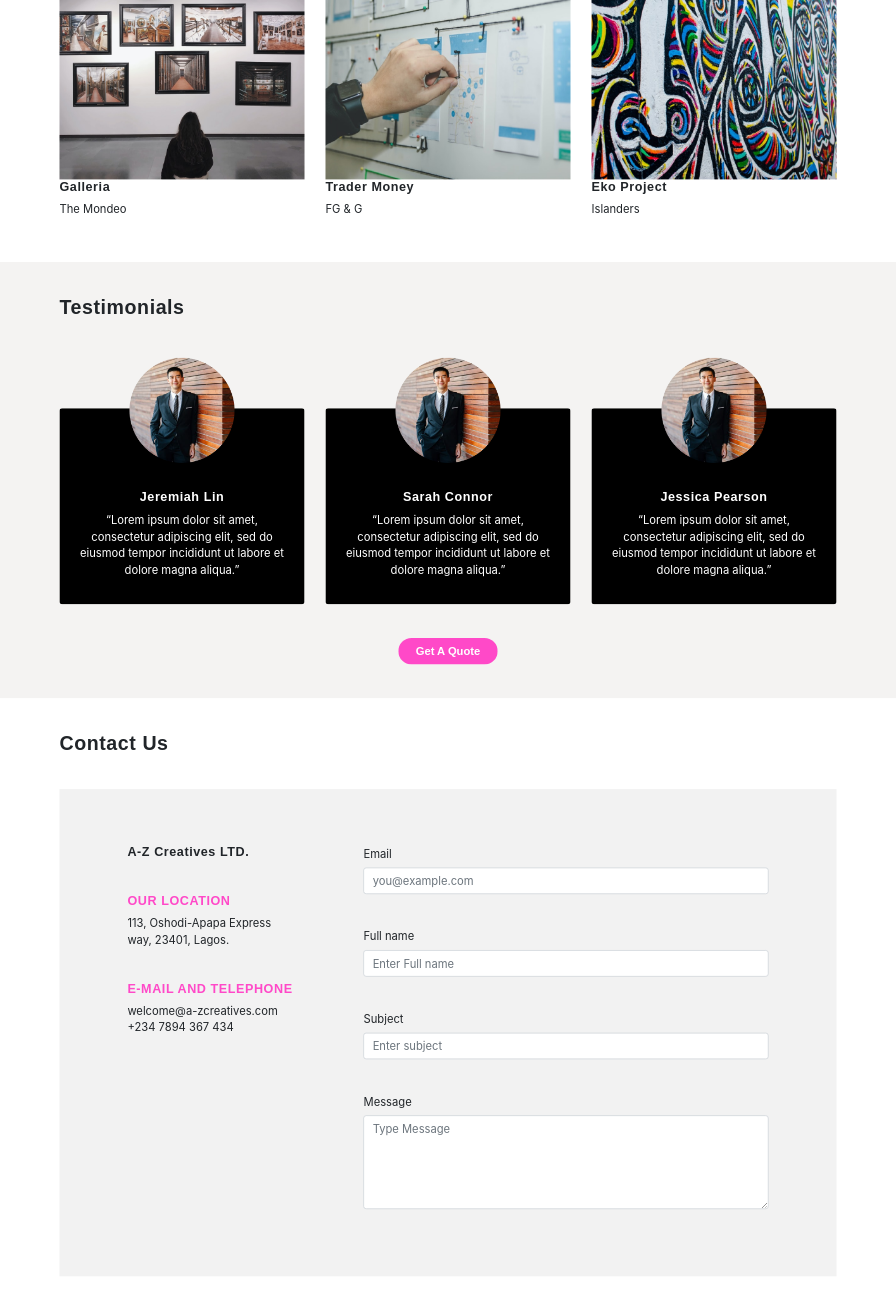
Repository: Syfon01/hng-port
Page: index.html
These files come from the project's save history. The page is drawn as it stood at one moment and after a run of saves; the edit follows.
The browser window is 1280 px wide. The pictures show the part of the page from y = 2885 to 4805 px (the page is 4757 px tall before and 4805 px after), at 70% of full size.
Some web fonts or font styles are not loaded; a fallback is used.

Above is the page before, as saved 2020-06-28 20:06:19.

After the next 2 saves:
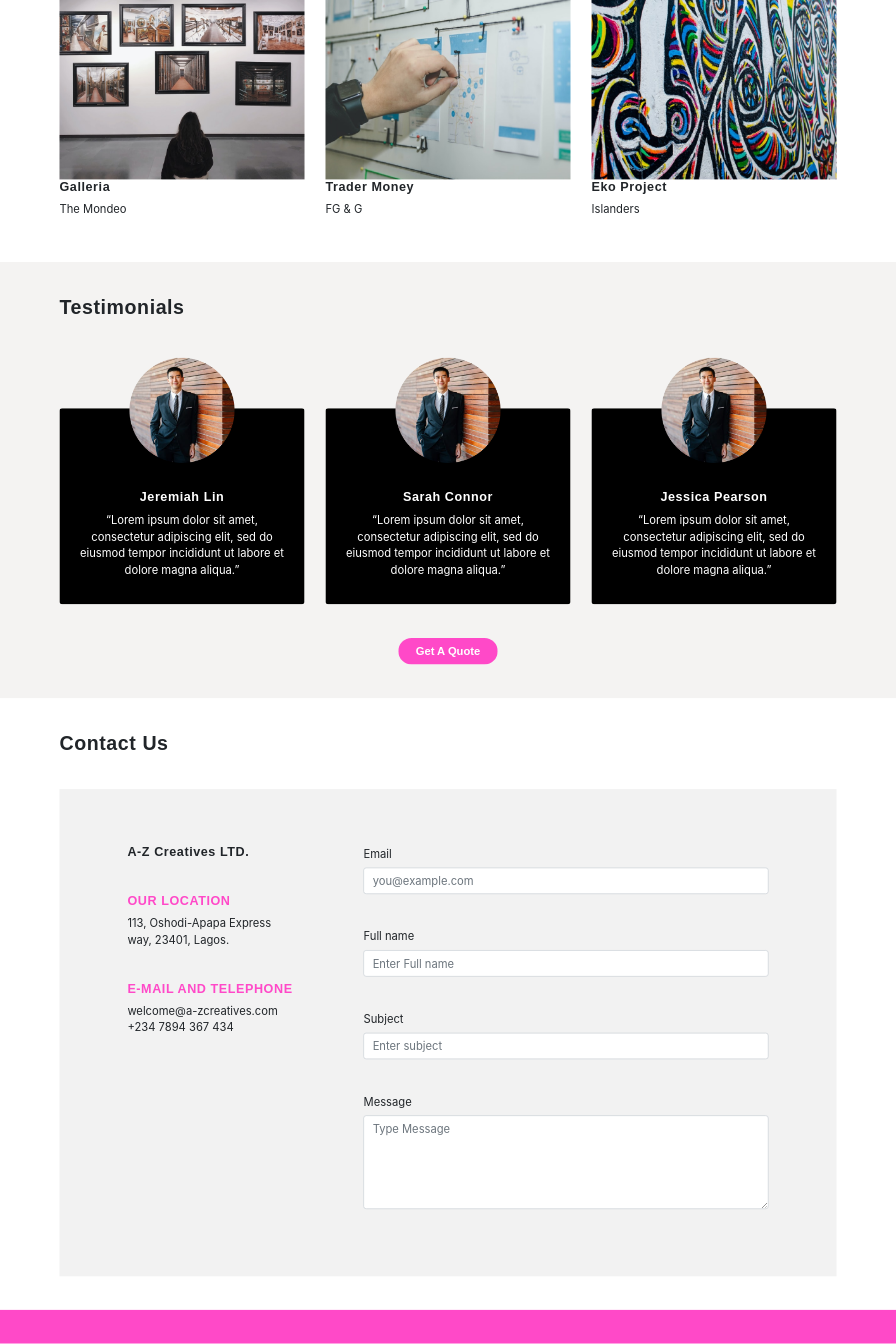
The 2 saves are shown as one change because they came seconds apart.
The last was saved 7 s later.
--- a/index.html
+++ b/index.html
@@ -513,8 +513,8 @@
 
       </div>
       <div class="copyright">
-        <div class="container text-center">
-
+        <div class="container text-center py-3">
+          <p></p>
         </div>
       </div>
 
